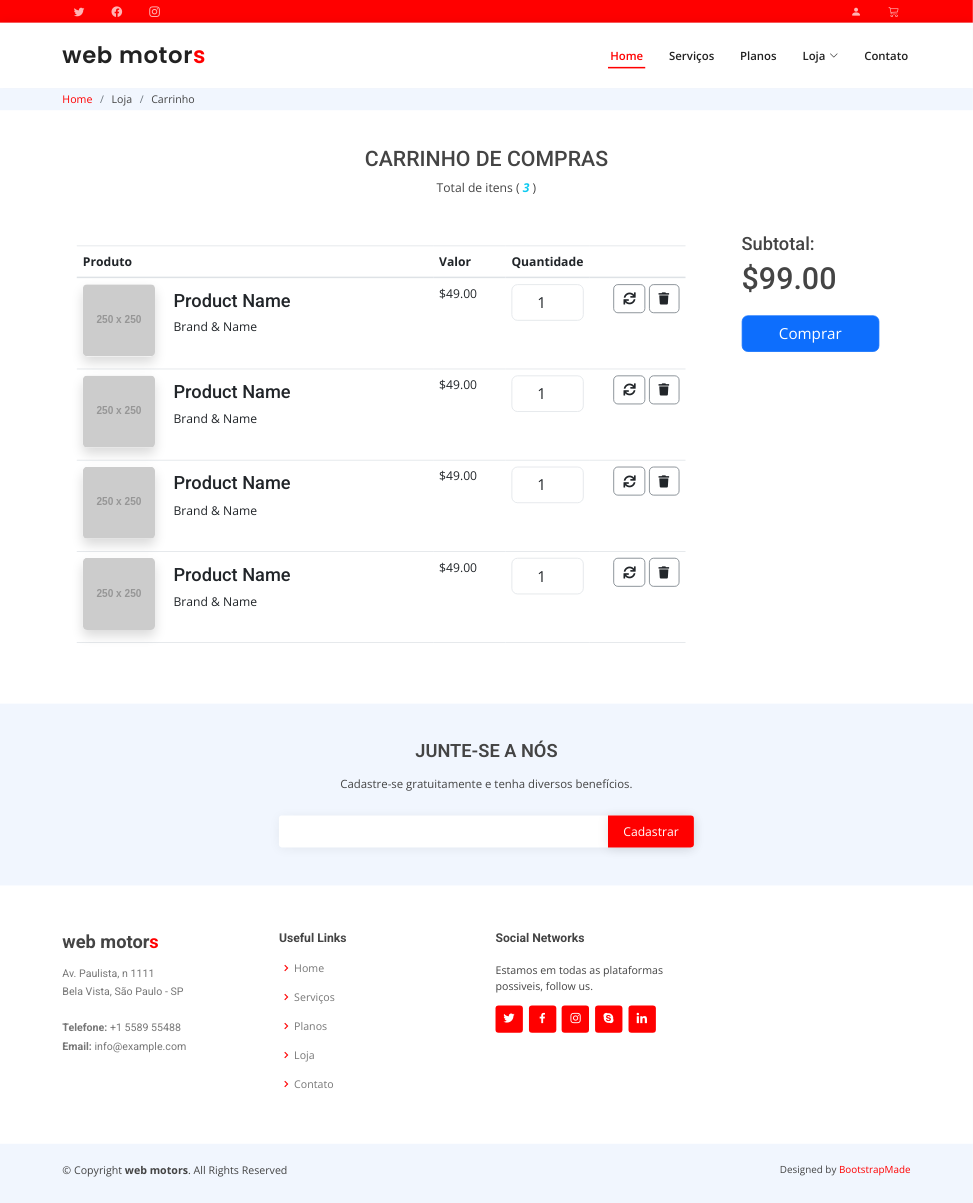
Repository: 01nethy/WebMotors
Page: cart.html
The author's editor kept a copy of each file at every save. The page is drawn from the files as they stood at one save, then again after the next save.
The browser window is 1280 px wide. The pictures show the whole page, at 76% of full size.
Some web libraries are served in a nearby version.

Above is the page before, as saved 2023-10-07 22:22:39.
Console error: TypeError: Cannot read properties of undefined (reading 'fn')

After the next save:
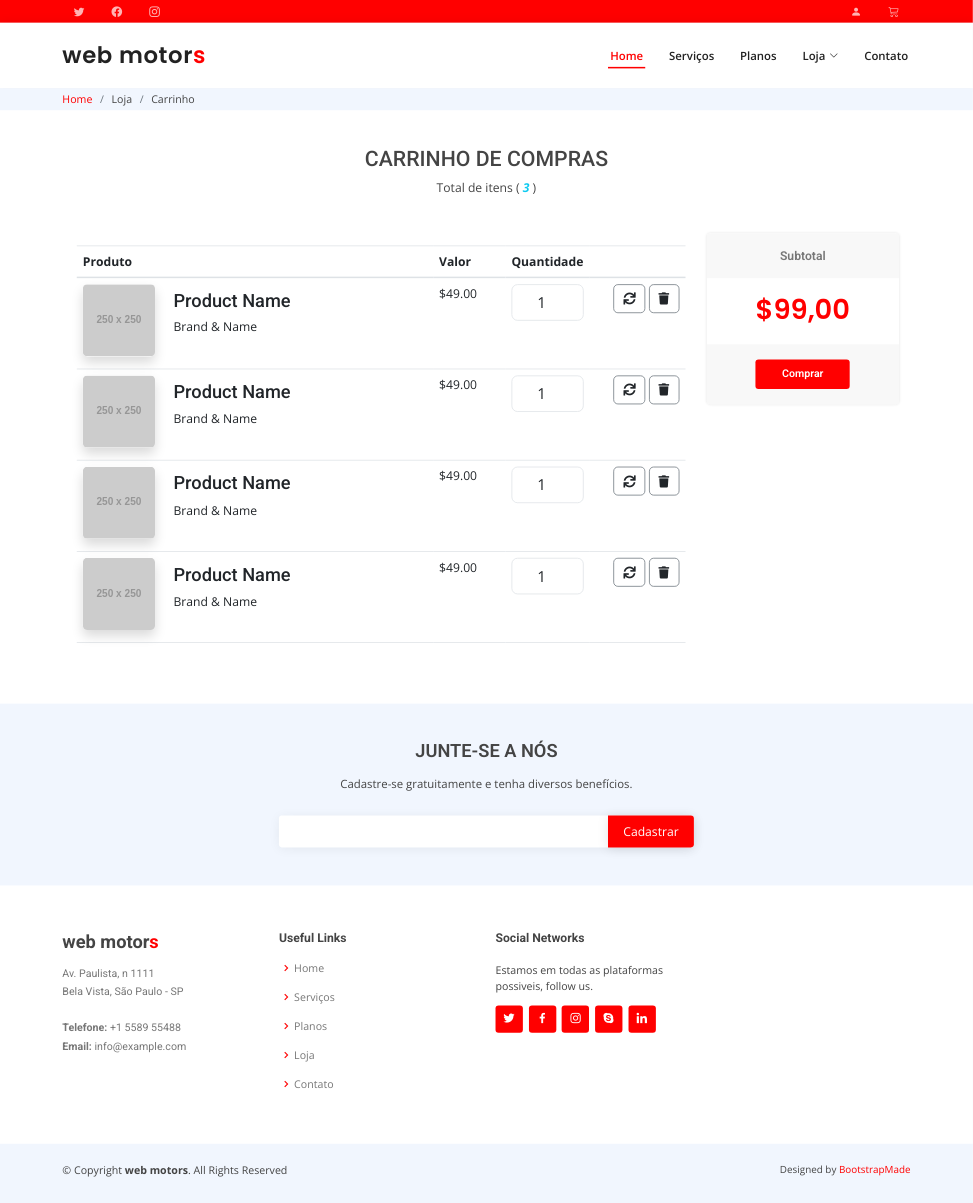
Saved 10 min 32 s later.
--- a/cart.html
+++ b/cart.html
@@ -236,13 +236,13 @@
 
                     </table>
 
-                    <aside class="container float-left col-2 ">
-                        <div class="align-items-stretch aos-init aos-animate icon-box featured-services">
-                            <h4>Subtotal:</h4>
-                            <h1>$99.00</h1>
-                            <div class="row mt-4 d-flex align-items-center">
-                                <div class="col-sm-6 order-md-2 ">
-                                    <a href="catalog.html" class="btn btn-primary mb-4 btn-lg pl-5 pr-5">Comprar</a>
+                    <aside class="container col-3 pricing">
+                        <div class="box">
+                            <h3>Subtotal</h4>
+                            <h4>$99,00</h1>
+                            <div class="mt-4 align-items-center">
+                                <div class="btn-wrap">
+                                    <a href="" class="btn-buy">Comprar</a>
                                 </div>
                             </div>
                         </div>
